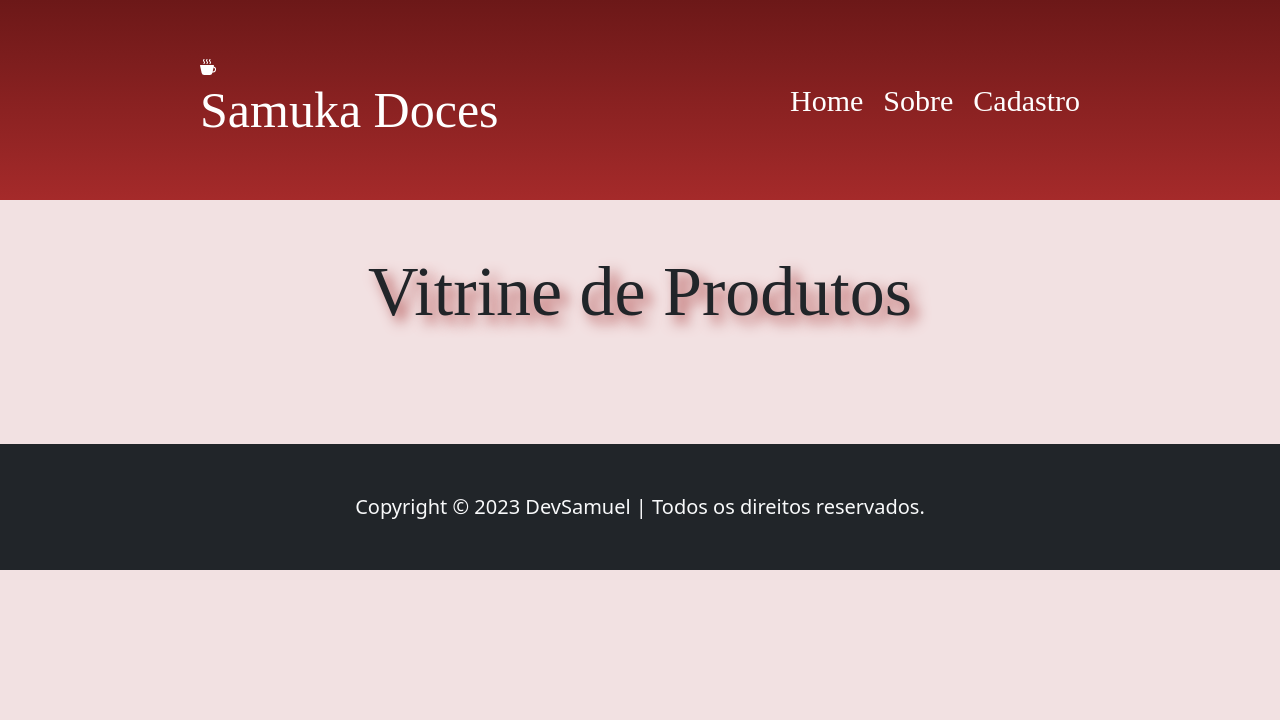
Repository: devsamuel23/github.io-doces_GIT
Page: /
The author's editor kept a copy of each file at every save. The page is drawn from the files as they stood at one save, then again after the next save.
The browser window is 1280 px wide. The pictures show the whole page.
The page's requests for data from a server got no answer. The project was rebuilt for these pictures with package versions that can differ from the ones it lists, and the page was loaded fresh each time. No one was signed in, and anything a server would have sent is missing. Also part of the build but not shown: src/index.css, src/pages/Home/styles.css, src/pages/Sobre/index.js, src/pages/Cadastro/style.css, src/pages/Cadastro/index.js, src/pages/Erro/style.css, src/pages/Erro/index.js, src/pages/Produto/index.js.

Above is the page before, as saved 2023-04-14 21:33:33.

After the next save:
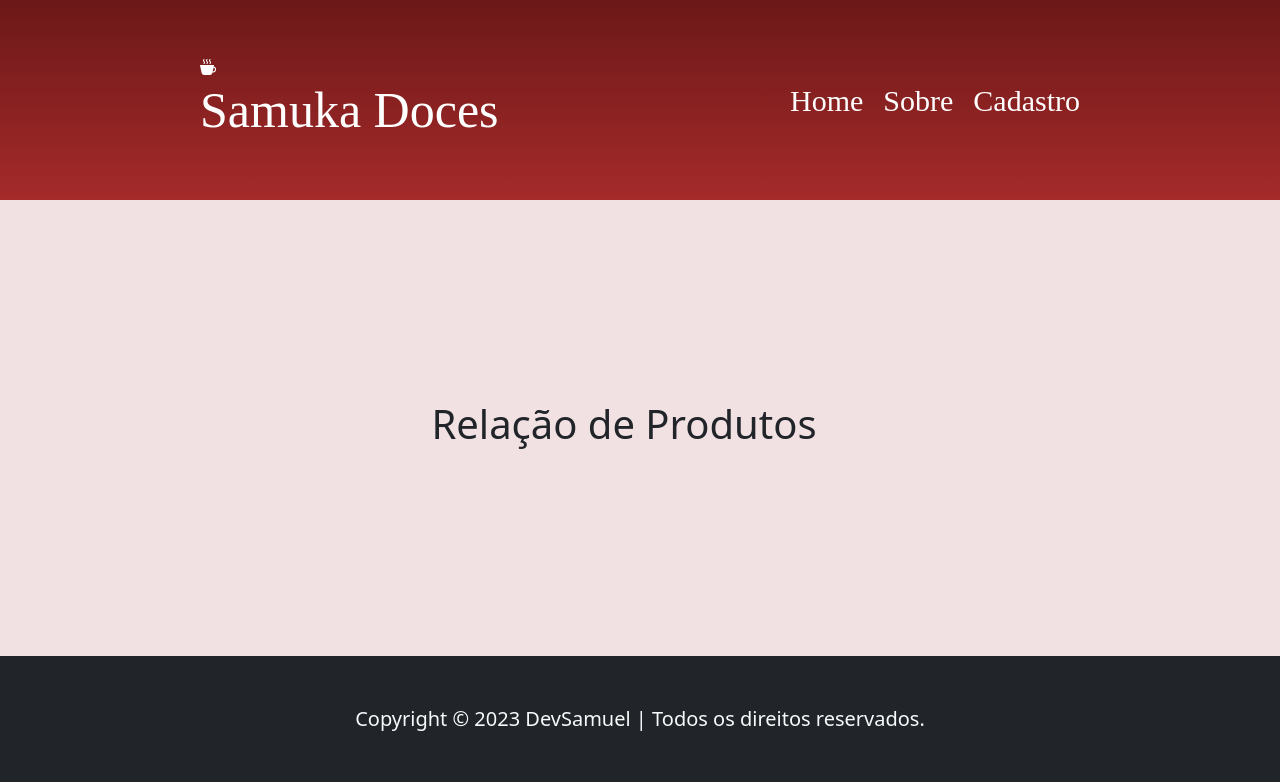
Saved 27 s later.
--- a/src/routes.js
+++ b/src/routes.js
@@ -18,7 +18,7 @@ function RoutesApp() {
         <Route>
           {/* <Route path="/" element={<Home />} /> */}
           <Route path="/Sobre" element={<Sobre />} />
-          <Route path="/" element={<Vitrine />} />
+          <Route path="/" element={<Home />} />
           <Route path="/Cadastro" element={<Cadastro />} />
           <Route path="/Produto/:id" element={<Produto />} />
 
